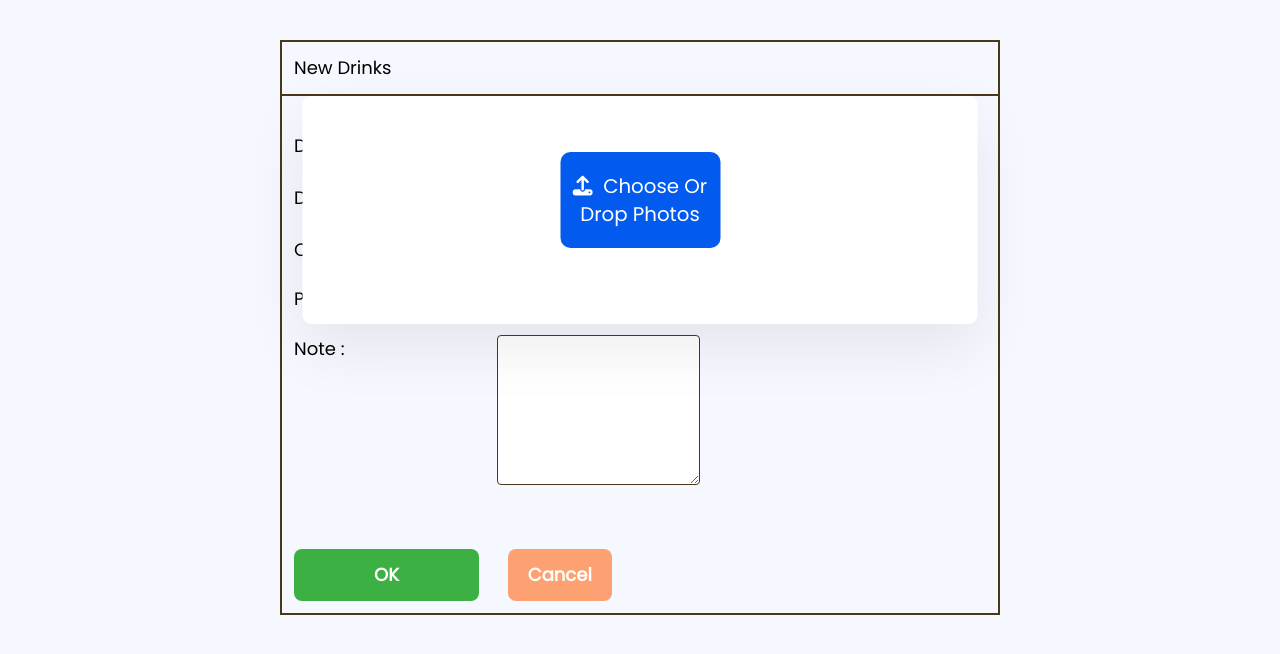
Repository: Dapravith/Midterm-SE-GIC-Cafe-Project-Group16
Page: src/main/resources/templates/addDrink.html
The author's editor kept a copy of each file at every save. The page is drawn from the files as they stood at one save, then again after the next save.
The browser window is 1280 px wide. The pictures show the whole page.
Some web libraries are served in a nearby version.

Above is the page before, as saved 2023-05-16 22:37:22.

### src/main/resources/templates/addDrink.html
<!DOCTYPE html>
<html lang="en">

<head>
    <meta charset="UTF-8">
    <meta http-equiv="X-UA-Compatible" content="IE=edge">
    <meta name="viewport" content="width=device-width, initial-scale=1.0">
    <title>Add New Drink</title>
    <script src="https://cdn.tailwindcss.com"></script>
    <!-- Font Awesome Icons -->
    <link rel="stylesheet" href="https://cdnjs.cloudflare.com/ajax/libs/font-awesome/6.2.0/css/all.min.css" />
    <!-- Google Font -->
    <link href="https://fonts.googleapis.com/css2?family=Poppins&display=swap" rel="stylesheet" />
    <style>
        * {
            padding: 0;
            margin: 0;
            box-sizing: border-box;
            font-family: "Poppins", sans-serif;
        }

        button:hover {
            box-shadow: 0 13px 18px 0 rgba(151, 208, 27, 0.24), 0 19px 50px 0 rgba(238, 227, 21, 0.19);
        }

        body {
            background-color: #f5f8ff;
        }

        .images {
            background-color: #ffffff;
            width: 50%;
            min-width: 37.5em;
            padding: 3.12em 1.87em;
            position: absolute;
            transform: translateX(-50%);
            left: 50%;
            right: 50%;
            box-shadow: 0 1.25em 3.43em rgba(0, 0, 0, 0.08);
            border-radius: 0.5em;
            justify-content: right;
        }

        input[type="file"] {
            display: none;
            justify-content: right;
            margin-right: 20px;
            padding-right: 20px;
        }

        .upload-images {
            display: block;
            position: relative;
            background-color: #025bee;
            color: #ffffff;
            font-size: 1.1em;
            text-align: center;
            width: 10rem;
            padding: 1em 0;
            border-radius: 0.5em;
            margin: 0 auto 1em auto;
            cursor: pointer;
        }

        #image-display {
            position: relative;
            width: 5%;
            margin: 0 auto;
            display: flex;
            justify-content: space-evenly;
            gap: 1.5em;
            flex-wrap: wrap;
        }

        #image-display figure {
            width: 10%;
        }

        #image-display img {
            width: 10%;
        }

        #image-display figcaption {
            font-size: 0.5em;
            text-align: center;
            color: #5a5861;
        }

        .active {
            border: 0.2em dashed #025bee;
        }

        #error {
            text-align: center;
            color: #ff3030;
        }
    </style>
</head>

<body class="m-10 text-lg">
    <!-- Crud PRODUCTS -->
    <div class="new_drink w-[60%] h-fit m-auto  border-[2px] border-solid border-[#4B371C] ">
        <div class="head p-3">
            <h2>New Drinks</h2>
        </div>
        <div class="w-[100%] border-[1px] border-solid border-[#4B371C]"></div>
        <div class="flex">
            <div class="add_drink w-[60%]">
                <div class="py-3 ">
                    <form action="#" class="p-3 ">
                        <div class="mt-3 grid grid-cols-2">
                            <label class="mr-5" for="dcode">Drinks code :</label>
                            <input type="text" id="dcode" name="" class="p-1 border-[2px] border-solid border-[#4B371C] rounded" placeholder="">
                        </div>
                        <div class="mt-3 grid grid-cols-2">
                            <label class="mr-5" for="dname">Drinks name :</label>
                            <input type="text" id="dname" name="" class="p-1 border-[2px] border-solid border-[#4B371C] rounded" placeholder="">
                        </div>
                        <div class="mt-3 grid grid-cols-2">
                            <label class="mr-5" for="category">Category :</label>
                            <div class="flex justify-between">
                                <select type="add-item" id="category" name="" class="p-1 border-[1px] border-solid border-[#4B371C] rounded" placeholder="">
                                    <option value="1">Hot Drinks</option >
                                    <option value="2" >Cool Drinks</option >
                                    <option value="3" >Frappe</option >
                                    <option value="4" >Food</option >
                                </select>
                                <button id="add_category" class=" w-fit h-fit bg-[#3CB043] text-center text-white font-bold cursor-pointer duration-100 rounded-lg">
                                    <svg xmlns="http://www.w3.org/2000/svg" fill="none" viewBox="0 0 24 24" stroke-width="1.5" stroke="currentColor" class="w-[30px] h-[30px] " onclick="showPopup()">
                                        <path stroke-linecap="round" stroke-linejoin="round" d="M12 4.5v15m7.5-7.5h-15" />
                                    </svg>
                                </button>

                            </div>

                        </div>

                        <div class="mt-3 grid grid-cols-2">
                            <label class="mr-5" for="price">Price :</label>
                            <input name="" min="0" type="number" id="price" class="p-1 border-[1px] border-solid border-[#4B371C] rounded" placeholder="">
                        </div>
                        <div class="mt-3 grid grid-cols-2">
                            <label class="mr-5" for="note">Note :</label>
                            <textarea id="note" cols="50" rows="5" name="" class="p-1 w-full border-[1px] border-solid border-[#4B371C] rounded resize-x"> </textarea>
                        </div>
                    </form>
                </div>
                <br />
                <div>
                    <button class=" py-3 bg-[#3CB043] text-center text-white font-bold px-20 m-3 inline-block cursor-pointer duration-100 rounded-lg">OK</button>
                    <button class=" py-3 px-5 bg-[#FDA172] text-center text-white  font-bold p-3 m-3 inline-block cursor-pointer duration-100 rounded-lg">Cancel</button>
                </div>
            </div>
            <div class="images">
                <input type="file" id="upload-button" multiple accept="image/*" />
                <label class="upload-images" for="upload-button"><i class="fa-solid fa-upload"></i>&nbsp; Choose Or Drop Photos
                </label>
                <div id="error"></div>
                <div id="image-display"></div>
            </div>
        </div>
    </div>
    </div>
    <!-- ADD NEW CATEGORY -->
    <div class="popup w-[100vw] h-[100vh] absolute top-[0] left-[0] bg-[#f1f1f199] hidden z-[100]">
        <main class="w-[20rem] absolute top-[50%] left-[50%] translate-x-[-50%] translate-y-[-50%]">
            <div class="none w-full h-fit m-auto  border-[2px] border-solid border-[#4B371C]">
                <div class="head p-3">
                    <h2>New Category</h2>
                </div>
                <div class="w-[100%] border-[1px] border-solid border-[#4B371C]"></div>
                <div class=" ">
                    <form action="#" class="add_category p-3">
                        <div class="mt-3 grid grid-cols-2">
                            <label for="gcode">Category code :</label>
                            <input type="text" id="dcode" name="" class="category_code border-[1px] border-solid border-[#4B371C] rounded" placeholder="" required>
                        </div>
                        <div class="mt-3 grid grid-cols-2">
                            <label for="gname">Category name :</label>
                            <input type="text" id="gname" name="" class="category_name border-[1px] border-solid border-[#4B371C] rounded" placeholder="" required>
                        </div>
                        <br />
                        <div class="flex">
                            <input id="okay" type="submit" value="OK" class=" py-3 bg-[#3CB043] text-center font-bold text-white px-16 in m-3 p-3 line-block cursor-pointer duration-100 rounded-lg">
                            <button class="cancel py-3 px-5 bg-[#FDA172] text-center font-bold text-white p-3 m-3 inline-block cursor-pointer duration-100 rounded-lg">Cancel</button>
                        </div>
                    </form>
                </div>
            </div>
        </main>

    </div>
    <script>
        const addNewCat = document.getElementById("add_category");
        const popup = document.querySelector(".popup");
        const form_add_category = document.querySelector(".add_category ");

        addNewCat.addEventListener("click", showPopup);

        function showPopup() {
            popup.classList.remove('hidden')
        }

        form_add_category.addEventListener("submit", () => {
            clear()
            popup.classList.add('hidden')
        });

        document.querySelector('.cancel').addEventListener('click', () => {
            clear()
            popup.classList.add('hidden')
        })

        popup.addEventListener('click', (e) => {
            const target = e.target;

            if (target.classList.contains('popup')) {
                popup.classList.add('hidden')
            }
        })

        const clear = () => {
            document.querySelector('.category_name').value = ""
            document.querySelector('.category_code').value = ""
        }

        let uploadButton = document.getElementById("upload-button");
        let chosenImage = document.getElementById("chosen-image");
        let fileName = document.getElementById("file-name");
        let container = document.querySelector(".images");
        let error = document.getElementById("error");
        let imageDisplay = document.getElementById("image-display");

        const fileHandler = (file, name, type) => {
            if (type.split("/")[0] !== "image") {
                //File Type Error
                error.innerText = "Please upload an image file";
                return false;
            }
            error.innerText = "";
            let reader = new FileReader();
            reader.readAsDataURL(file);
            reader.onloadend = () => {
                //image and file name
                let imageContainer = document.createElement("figure");
                let img = document.createElement("img");
                img.src = reader.result;
                imageContainer.appendChild(img);
                imageContainer.innerHTML += `<figcaption>${name}</figcaption>`;
                imageDisplay.appendChild(imageContainer);
            };
        };

        //Upload Button
        uploadButton.addEventListener("change", () => {
            imageDisplay.innerHTML = "";
            Array.from(uploadButton.files).forEach((file) => {
                fileHandler(file, file.name, file.type);
            });
        });

        container.addEventListener(
            "dragenter",
            (e) => {
                e.preventDefault();
                e.stopPropagation();
                container.classList.add("active");
            },
            false
        );

        container.addEventListener(
            "dragleave",
            (e) => {
                e.preventDefault();
                e.stopPropagation();
                container.classList.remove("active");
            },
            false
        );

        container.addEventListener(
            "dragover",
            (e) => {
                e.preventDefault();
                e.stopPropagation();
                container.classList.add("active");
            },
            false
        );

        container.addEventListener(
            "drop",
            (e) => {
                e.preventDefault();
                e.stopPropagation();
                container.classList.remove("active");
                let draggedData = e.dataTransfer;
                let files = draggedData.files;
                imageDisplay.innerHTML = "";
                Array.from(files).forEach((file) => {
                    fileHandler(file, file.name, file.type);
                });
            },
            false
        );

        window.onload = () => {
            error.innerText = "";
        };
    </script>
</body>

</html>

After the next save:
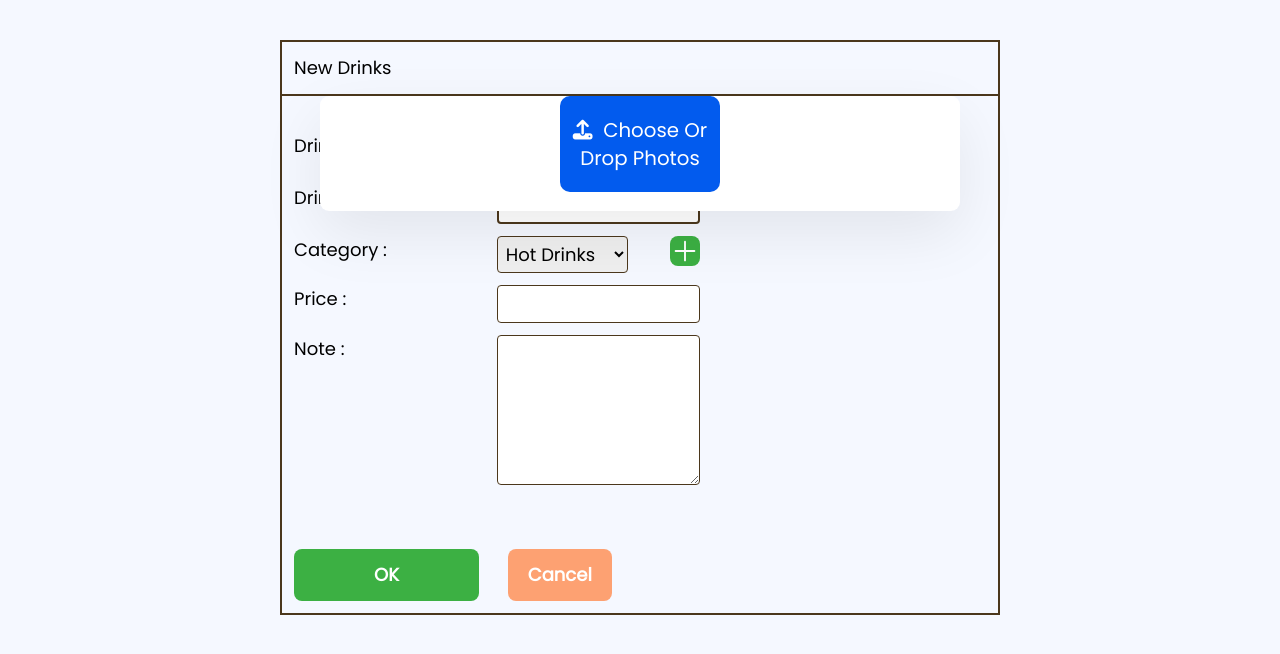
Saved 23 s later.
--- a/src/main/resources/templates/addDrink.html
+++ b/src/main/resources/templates/addDrink.html
@@ -30,8 +30,6 @@
         .images {
             background-color: #ffffff;
             width: 50%;
-            min-width: 37.5em;
-            padding: 3.12em 1.87em;
             position: absolute;
             transform: translateX(-50%);
             left: 50%;
